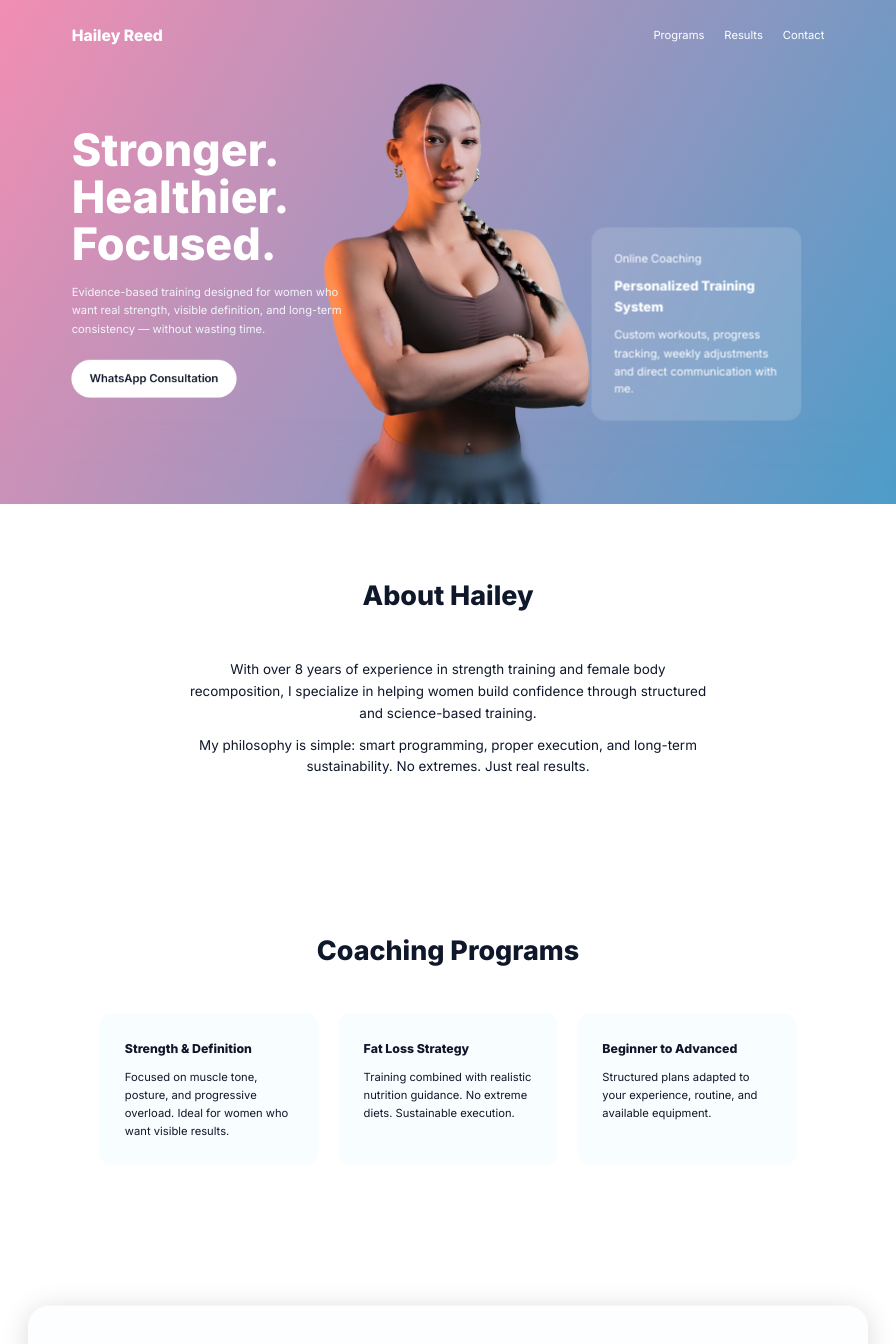
Repository: davidfsillva/Hailey-Reed-Coaching
Page: index.html
The author's editor kept a copy of each file at every save. The page is drawn from the files as they stood at one save, then again after a run of saves.
The browser window is 1280 px wide. The pictures show the part of the page from y = 0 to 1920 px (the page is 4747 px tall before and 4844 px after), at 70% of full size.

Above is the page before, as saved 2026-02-13 12:27:28.

### index.html
<!DOCTYPE html>
<html lang="en">
<head>
  <meta charset="UTF-8" />
  <meta name="viewport" content="width=device-width, initial-scale=1.0" />
  <title>Personal Trainer | Online Coaching</title>
  <link rel="stylesheet" href="style.css" />
  <link rel="preconnect" href="https://fonts.googleapis.com">
  <link rel="preconnect" href="https://fonts.gstatic.com" crossorigin>
  <link href="https://fonts.googleapis.com/css2?family=Inter:wght@400;600;800&display=swap" rel="stylesheet">
</head>
<body>

<header class="hero">
  <nav class="nav">
    <h1 class="logo">Hailey Reed</h1>
    <div class="nav-links">
      <a href="#programs">Programs</a>
      <a href="#results">Results</a>
      <a href="#ct">Contact</a>
    </div>
  </nav>

  <img class="hero-img" src="img/Photoroom_20260211_45117 PM.png" alt="Trainer" />

  <div class="hero-gradient"></div>

  <div class="hero-content">
    <div class="hero-text">
<h2 class="hero-title">
  Stronger. <br>
  Healthier. <br>
  Focused.
</h2>

      <p>
        Evidence-based training designed for women who <br>
        want real strength, visible definition, and long-term <br>
        consistency — without wasting time.
      </p>
      <div class="cta-group hero-cta">
        <a href="https://wa.me/5599999999999" target="_blank" class="btn primary whatsapp-btn">
          WhatsApp Consultation
        </a>
      </div>
    </div>

    <div class="hero-card">
      <span class="tag">Online Coaching</span>
      <h3>Personalized Training System</h3>
      <p>
        Custom workouts, progress tracking, weekly adjustments
        and direct communication with me.
      </p>
    </div>
  </div>
</header>

<!-- ABOUT SECTION -->
<section class="section">
  <h3>About Hailey</h3>
  <div class="testimonial">
    <p>
      With over 8 years of experience in strength training and female body
      recomposition, I specialize in helping women build confidence through
      structured and science-based training.
    </p>
    <p>
      My philosophy is simple: smart programming, proper execution,
      and long-term sustainability. No extremes. Just real results.
    </p>
  </div>
</section>

<section id="programs" class="section">
  <h3>Coaching Programs</h3>

  <div class="cards">
    <div class="card">
      <h4>Strength & Definition</h4>
      <p>
        Focused on muscle tone, posture, and progressive overload.
        Ideal for women who want visible results.
      </p>
    </div>

    <div class="card">
      <h4>Fat Loss Strategy</h4>
      <p>
        Training combined with realistic nutrition guidance.
        No extreme diets. Sustainable execution.
      </p>
    </div>

    <div class="card">
      <h4>Beginner to Advanced</h4>
      <p>
        Structured plans adapted to your experience, routine,
        and available equipment.
      </p>
    </div>
  </div>
</section>

<!-- HOW IT WORKS -->
<section class="section dark">
  <h3>How It Works</h3>

  <div class="cards">
    <div class="card">
      <h4>1. Initial Consultation</h4>
      <p>
        We discuss your goals, routine, training history,
        and current physical condition.
      </p>
    </div>

    <div class="card">
      <h4>2. Custom Plan Creation</h4>
      <p>
        A personalized workout structure is designed
        specifically for your body and objectives.
      </p>
    </div>

    <div class="card">
      <h4>3. Weekly Adjustments</h4>
      <p>
        Progress tracking and adjustments ensure continuous
        improvement and optimal results.
      </p>
    </div>
  </div>
</section>

<section id="results" class="section dark">
  <h3>Client Feedback</h3>

  <div class="testimonial">
    <p>
      “This coaching completely changed how I train.
      Every session has a clear purpose and I finally feel strong.”
    </p>
    <span>— Samantha M.</span>
  </div>
</section>

<!-- TRANSFORMATION PROCESS -->
<section class="section">
  <h3>The Transformation Process</h3>

  <div class="testimonial">
    <p>
      Sustainable transformation is not about intensity —
      it's about consistency.
    </p>
    <p>
      Through progressive overload, intelligent recovery,
      and realistic nutrition, we create measurable and lasting results.
    </p>
  </div>
</section>

<!-- FAQ -->
<section class="section">
  <h3>Frequently Asked Questions</h3>

  <div class="cards">
    <div class="card">
      <h4>Do I need gym access?</h4>
      <p>
        Not necessarily. Programs can be adapted for home training
        with minimal equipment.
      </p>
    </div>

    <div class="card">
      <h4>Is nutrition included?</h4>
      <p>
        Yes. You receive structured guidance focused on sustainable habits,
        not restrictive diets.
      </p>
    </div>

    <div class="card">
      <h4>How long until I see results?</h4>
      <p>
        Most clients notice strength improvements within weeks
        and visible body changes within 8–12 weeks.
      </p>
    </div>
  </div>
</section>

<!-- FINAL CTA SECTION -->
<section id="ct" class="section dark">
  <div class="testimonial">
    <h3>Ready to Transform?</h3>
    <p>
      Your strongest, healthiest version starts with a decision.
      Let’s build it together.
    </p>
    <div class="cta-groupp center">
      <a href="https://wa.me/5599999999999" target="_blank" class="btn primary">
        Apply for Coaching
      </a>
    </div>
  </div>
</section>

<footer class="footer">
  <p>© 2026 Hailey Reed Coaching. All rights reserved.</p>
</footer>

<script src="script.js"></script>
</body>
</html>

### style.css
:root {
  --pink: #f07aa5;
  --blue: #2e8bc0;
  --dark: #0f172a;
  --light: #ffffff;
  --muted: #cbd5e1;
}

/* ================= RESET ================= */
* {
  margin: 0;
  padding: 0;
  box-sizing: border-box;
  font-family: 'Inter', sans-serif;
}

body {
  background: var(--light);
  color: var(--dark);
  line-height: 1.6;
}

/* ================= HERO ================= */
.hero {
  position: relative;
  min-height: 100vh;
  padding: 32px 8%;
  color: white;
  overflow: hidden;
}

/* IMAGEM */
.hero-img {
  position: absolute;
  top: 50%;
  left: 50%;
  transform: translate(-50%, -50%);
  width: 60%;
  max-width: 500px;
  height: auto;
  z-index: 2;
}

/* GRADIENTE */
.hero-gradient {
  position: absolute;
  inset: 0;
  background: linear-gradient(
    120deg,
    rgba(240,122,165,0.85),
    rgba(46,139,192,0.85)
  );
  z-index: 1;
}

/* CONTEÚDO */
.hero-content {
  position: relative;
  z-index: 5;
}

/* TEXTO */
.hero-text {
  display: flex;
  flex-direction: column;
  justify-content: center;
  height: 85vh;
  max-width: 550px;
}

.hero-title {
  font-size: clamp(2.8rem, 5vw, 4.5rem);
  line-height: 1.05;
  margin-bottom: 24px;
}

.hero-text p {
  max-width: 480px;
  font-size: 1rem;
  color: #f1f5f9;
}

/* BLUR INFERIOR */
.hero::after {
  content: "";
  position: absolute;
  bottom: 0;
  left: 0;
  width: 100%;
  height: 120px;
  backdrop-filter: blur(6px);
  -webkit-backdrop-filter: blur(6px);
  mask-image: linear-gradient(to top, black 40%, transparent 100%);
  pointer-events: none;
  z-index: 3;
}

/* ================= BOTÕES ================= */
.cta-group {
  display: flex;
  gap: 16px;
  margin-top: 32px;
  flex-wrap: wrap;
}

.btn {
  padding: 14px 26px;
  border-radius: 999px;
  font-weight: 600;
  text-decoration: none;
  display: inline-block;
  transition: all 0.35s cubic-bezier(0.22, 1, 0.36, 1);
  will-change: transform;
}

.whatsapp-btn {
  background: linear-gradient(120deg, var(--pink), var(--blue)) ;
  color: var(--light) !important;
}

.whatsapp-btn:hover {
  background: linear-gradient(120deg, var(--pink), var(--blue)) !important;
  color: var(--dark);
  box-shadow: 0 10px 25px rgba(0, 0, 0, 0.884);
  transform: translateY(-4px) !important;
  background-size: 200% 200%;

}

.btn.primary {
  background: var(--light);
  color: var(--dark) !important;
  background-size: 200% 200%;
}

.btn.primary:hover {
  background: linear-gradient(120deg, var(--pink), var(--blue));
  color: white !important;
  background-position: right center;
  transform: translateY(-4px) !important;
  box-shadow: 0 10px 25px rgba(240,122,165,0.3);
  transition: all 0.4s ease;

}



/* ================= HERO CARD ================= */
.hero-card {
  position: absolute;
  top: 42%;
  right: 3%;
  width: 300px;
  background: rgba(255,255,255,0.15);
  backdrop-filter: blur(18px);
  padding: 32px;
  border-radius: 20px;
  z-index: 4;
}



.hero-card h3 {
  margin: 12px 0;
}

/* ================= NAVBAR ================= */
.nav {
  position: relative;
  z-index: 10;
  display: flex;
  justify-content: space-between;
  align-items: center;
}

.logo {
  font-weight: 800;
  font-size: 1.4rem;
}

.nav-links a {
  position: relative;
  color: white;
  margin-left: 24px;
  text-decoration: none;
  font-weight: 500;
  padding-bottom: 4px;
}

.nav-links a::after {
  content: "";
  position: absolute;
  left: 0;
  bottom: 0;
  width: 0%;
  height: 2px;
  background: white;
  transition: width 0.3s ease;
}

.nav-links a:hover::after {
  width: 100%;
}

/* ================= SECTIONS ================= */
.section {
  padding: 100px 8%;
  max-width: 1200px;
  margin: auto;
}

.section h3 {
  font-size: 2.4rem;
  margin-bottom: 60px;
  text-align: center;
}

.cards {
  display: grid;
  grid-template-columns: repeat(auto-fit, minmax(260px, 1fr));
  gap: 28px;
}

.card {
  background: rgb(248, 253, 255);
  padding: 36px;
  border-radius: 18px;
  transition: 0.3s ease;
}

.card:hover {
  transform: translateY(-6px);
}

.card h4 {
  margin-bottom: 14px;
  font-size: 1.1rem;
}

/* ================= DARK SECTIONS ================= */
.dark {
  background: rgb(252, 254, 255);
  border-radius: 30px;
  color: var(--dark);
  margin: 100px auto;
  padding: 100px 8%;
  box-shadow: 0 5px 40px rgba(0,0,0,0.15);
}


.dark .card {
  background: rgba(255,255,255,0.06);
  color: var(--dark);
  box-shadow: 0 20px 60px rgba(0,0,0,0.15);
}

.dark .card:hover {
  background: rgba(255,255,255,0.1);
}

/* ================= TESTIMONIAL ================= */
.testimonial {
  max-width: 750px;
  margin: auto;
  text-align: center;
}

.testimonial p {
  font-size: 1.2rem;
  margin-bottom: 16px;
}

.contact-text {
  text-align: center;
  max-width: 520px;
  margin: 0 auto 32px;
}

.center {
  justify-content: center;
}

/* ================= FOOTER ================= */
.footer {
  padding: 32px;
  text-align: center;
  background: linear-gradient(120deg, var(--pink), var(--blue));
  color: white;
  font-size: 0.85rem;
}

/* ================= RESPONSIVE ================= */
@media (max-width: 1024px) {

  .hero-card {
    position: relative;
    top: unset;
    right: unset;
    margin-top: 40px;
    width: 100%;
    max-width: 400px;
  }

  .hero-text {
    height: auto;
    text-align: center;
    margin-top: 80px;
  }

  .hero-text p {
    margin: auto;
  }

  .hero-img {
    width: 75%;
  }
}

@media (max-width: 768px) {

  .nav {
    flex-direction: column;
    align-items: center;
  }

  .nav-links {
    display: flex;
    gap: 30px;
    margin-top: 10px;
  }

  .nav-links a {
    margin-left: 0;
  }

  .hero-card {
    width: 95%;
    max-width: 660px;
    margin: 275px auto 0;
    padding: 15px;
    border-radius: 16px;
  }

  .hero-card h3 {
    font-size: 1rem;
  }

  .hero-card p {
    font-size: 0.85rem;
    line-height: 1.4;
  }

  .hero-img {
    width: 90%;
    top: 50%;
  }

  .hero-title {
    font-size: 1.5rem;
    margin-bottom: 20px;
    display: flex;
    justify-content: center;
    gap: 8px;
    flex-wrap: nowrap;
    line-height: 1;
  }

  .hero-title br {
    display: none;
  }

  .hero-text {
    height: auto;
    justify-content: flex-start;
    margin-top: 10px;
    text-align: center;
  }

  .hero-text p {
    display: none;
  }

  .section {
    padding: 80px 6%;
  }

  /* Apenas o botão do HERO */
  .hero-cta {
    position: relative;
    transform: none;
    z-index: 6;
    justify-content: center;
  }

  .hero-content {
    display: flex;
    flex-direction: column;
    align-items: center; /* centraliza horizontalmente */
    justify-content: center; /* centraliza verticalmente */
    gap: 24px; /* espaço entre título, botão e card */
    z-index: 5;
    position: relative;
  }


  /* Botões de contato / final */
  .cta-group {
    position: relative;
    transform: none;
    z-index: 1;
    display: flex;
    justify-content: center;
  }

  .btn.primary {
    transform: none;
  }

  .whatsapp-btn {
    margin-top: 480px;
    position: absolute;       /* permite mover livremente */
    transform: translateX(-50%); /* centraliza exatamente */
    z-index: 6;               /* acima de imagens e cards */
  }
}

@media (max-width: 480px) {

  .hero {
    padding: 24px 6%;
  }

  .btn {
    width: 100%;
    text-align: center;
  }

  .cta-group {
    flex-direction: column;
  }
}

### script.js
// ===============================
// SMOOTH SCROLL
// ===============================
document.querySelectorAll('a[href^="#"]').forEach(anchor => {
  anchor.addEventListener('click', function (e) {
    const target = document.querySelector(this.getAttribute('href'));
    if (!target) return;

    e.preventDefault();
    target.scrollIntoView({ behavior: 'smooth' });
  });
});


// ===============================
// NAVBAR SCROLL EFFECT
// ===============================
const nav = document.querySelector(".nav");

window.addEventListener("scroll", () => {
  if (!nav) return;

  if (window.scrollY > 50) {
    nav.style.background = "rgba(15, 23, 42, 0.85)";
    nav.style.backdropFilter = "blur(10px)";
    nav.style.padding = "16px 8%";
    nav.style.transition = "all 0.3s ease";
  } else {
    nav.style.background = "transparent";
    nav.style.backdropFilter = "none";
    nav.style.padding = "";
  }
});


// ===============================
// SCROLL REVEAL (melhor performance)
// ===============================
const revealElements = document.querySelectorAll(".section, .card, .testimonial");

const revealOnScroll = () => {
  const triggerBottom = window.innerHeight * 0.85;

  revealElements.forEach(el => {
    const elementTop = el.getBoundingClientRect().top;

    if (elementTop < triggerBottom) {
      el.style.opacity = "1";
      el.style.transform = "translateY(0)";
    }
  });
};

// Estado inicial
revealElements.forEach(el => {
  el.style.opacity = "0";
  el.style.transform = "translateY(40px)";
  el.style.transition = "opacity 0.8s ease, transform 0.8s ease";
});

window.addEventListener("scroll", revealOnScroll);
window.addEventListener("load", revealOnScroll);



// ===============================
// HERO IMAGE PARALLAX (DESKTOP ONLY)
// ===============================
const heroImg = document.querySelector(".hero-img");

if (heroImg && window.innerWidth > 768) {
  window.addEventListener("scroll", () => {
    const scrollPosition = window.scrollY;
    heroImg.style.transform =
      `translate(-50%, calc(-50% + ${scrollPosition * 0.12}px))`;
  });
}



// ===============================
// BUTTON FADE-IN ON LOAD
// ===============================
window.addEventListener("load", () => {
  const buttons = document.querySelectorAll(".btn");

  buttons.forEach((btn, index) => {
    btn.style.opacity = "0";
    btn.style.transform = "translateY(20px)";
    btn.style.transition = "opacity 0.6s ease, transform 0.6s ease";

    setTimeout(() => {
      btn.style.opacity = "1";
      btn.style.transform = "translateY(0)";
    }, 300 + index * 150);
  });
});



// ===============================
// CARD HOVER GLOW EFFECT (desktop only)
// ===============================
if (window.innerWidth > 768) {

  const cards = document.querySelectorAll(".card");

  cards.forEach(card => {

    card.addEventListener("mousemove", (e) => {
      const rect = card.getBoundingClientRect();
      const x = e.clientX - rect.left;
      const y = e.clientY - rect.top;

      card.style.background = `
        radial-gradient(circle at ${x}px ${y}px,
        rgba(240,122,165,0.18),
        rgba(255,255,255,0.03))
      `;
    });

    card.addEventListener("mouseleave", () => {
      card.style.background = "";
    });

  });

}

After the next 2 saves:
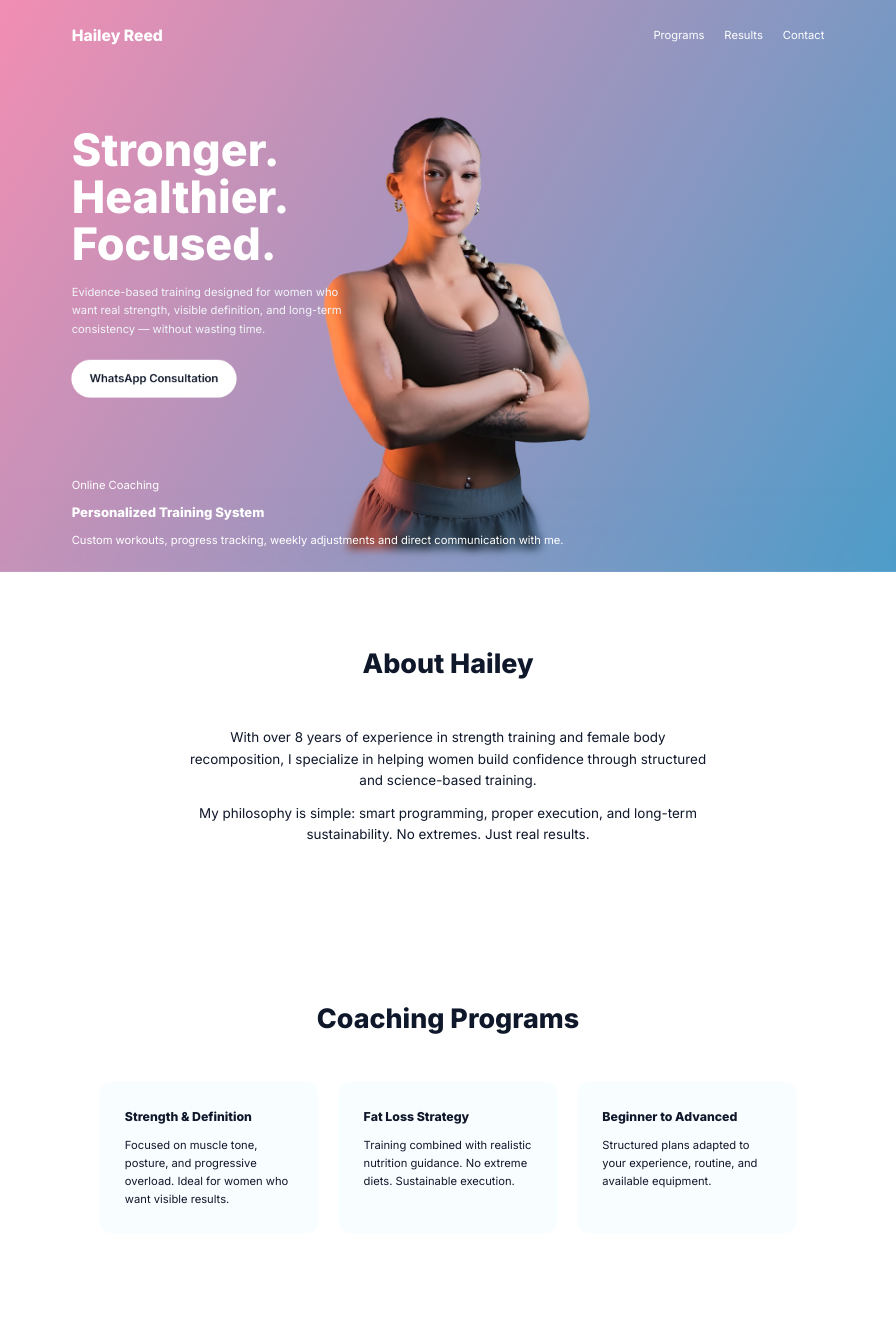
The 2 saves are shown as one change because they came seconds apart.
The last was saved 23 s later.
--- a/style.css
+++ b/style.css
@@ -143,6 +143,8 @@
 
 }
 
+  .cta-groupp
+
 
 
 /* ================= HERO CARD ================= */

After the 2 saves that followed:
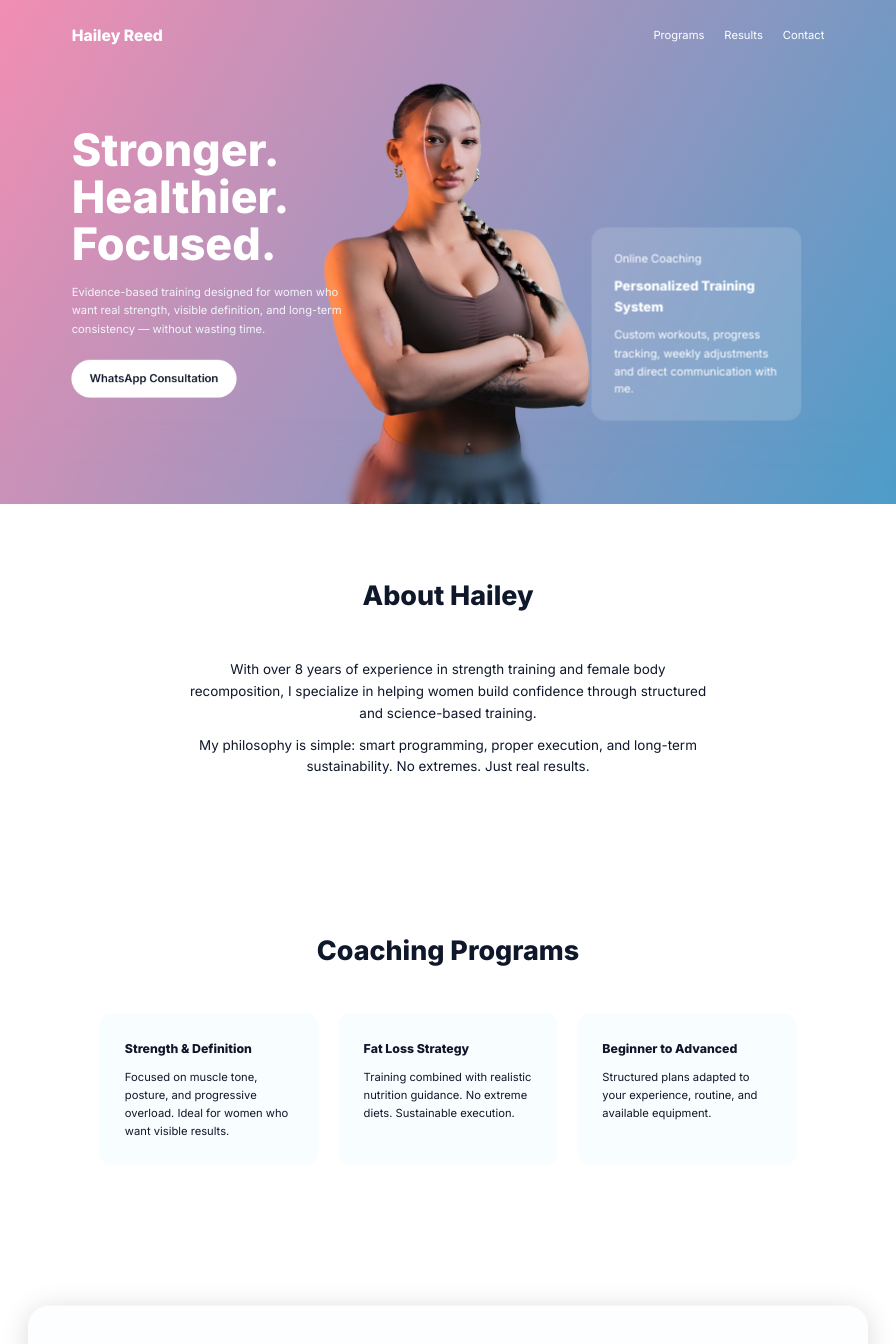
The 2 saves are shown as one change because they came seconds apart.
The last was saved 7 s later.
--- a/style.css
+++ b/style.css
@@ -143,7 +143,9 @@
 
 }
 
-  .cta-groupp
+.cta-groupp {
+
+}
 
 
 
